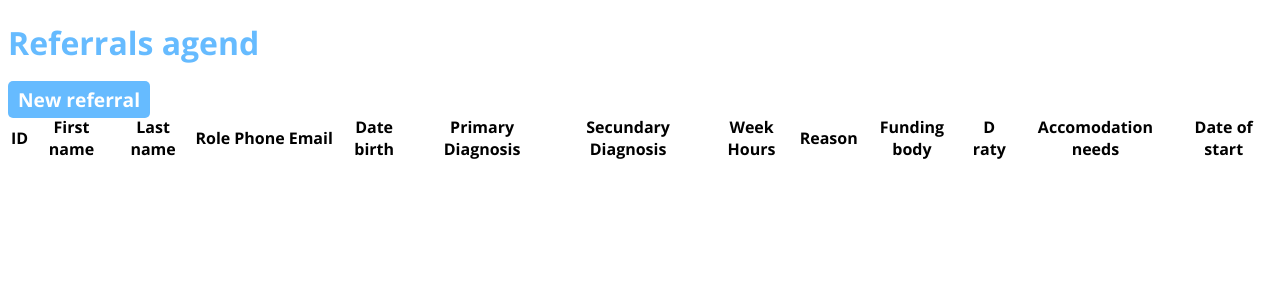
Repository: israelrodriguees/QAactivity
Page: http://localhost/referral/main
These files come from the project's save history. The page is drawn as it stood at one moment and after the next save; the edit follows.
The browser window is 1280 px wide. The pictures show the whole page.
The page is served by Tomcat 9. Other server files are loaded and not shown. Queries for data that is not in the repository find no rows.

Above is the page before, as saved 2021-08-17 16:32:37.

### referral/src/main/webapp/agenda.jsp
<%@ page language="java" contentType="text/html; charset=ISO-8859-1"
	pageEncoding="ISO-8859-1"%>
<%@ page import="model.JavaBeans"%>
<%@ page import="java.util.ArrayList"%>

<%
@SuppressWarnings("unchecked")
ArrayList<JavaBeans> list = (ArrayList<JavaBeans>)
request.getAttribute("referrals");

for (int i = 1; i < list.size(); i++) {
	out.println(list.get(i).getEnqnumber());
	out.println(list.get(i).getFirstname());
	out.println(list.get(i).getLastname());
	out.println(list.get(i).getWrole());
	out.println(list.get(i).getWphone());
	out.println(list.get(i).getWemail());
	out.println(list.get(i).getWhear());
	out.println(list.get(i).getWdatebirth());
	out.println(list.get(i).getWtodo());
	out.println(list.get(i).getWpdiagnosis());
	out.println(list.get(i).getWsdiagnosis());
	out.println(list.get(i).getWeekhours());
	out.println(list.get(i).getWreasonref());
	out.println(list.get(i).getWfunding());
	out.println(list.get(i).getWdraty());
	out.println(list.get(i).getWplocation());
	out.println(list.get(i).getWacomneeds());
	out.println(list.get(i).getWdatestart());
}
%>

<!DOCTYPE html>
<html>
<head>
<meta charset="ISO-8859-1">
<title>Referral list</title>
<link rel="icon" href="images/form.png">
<link rel="stylesheet" href="style.css">
</head>
<body>
	<h1>Referrals agend</h1>
	<a href="new_referral.jsp" class="button1">New referral</a>
	<table>
		<thead>
			<tr>
				<th>ID</th>
				<th>First name</th>
				<th>Last name</th>
				<th>Role</th>
				<th>Phone</th>
				<th>Email</th>
				<th>Date birth</th>
				<th>Primary Diagnosis</th>
				<th>Secundary Diagnosis</th>
				<th>Week Hours</th>
				<th>Reason</th>
				<th>Funding body</th>
				<th>D raty</th>
				<th>Accomodation needs</th>
				<th>Date of start</th>
			</tr>
		</thead>
		<tbody>
				<%
					for(int j = 0; j < list.size(); j++){ %>
						<tr>
							<td><%=list.get(j).getEnqnumber() %></td>
							<td><%=list.get(j).getFirstname() %></td>
							<td><%=list.get(j).getLastname() %></td>
							<td><%=list.get(j).getWrole() %></td>
							<td><%=list.get(j).getWphone() %></td>
							<td><%=list.get(j).getWemail() %></td>
							<td><%=list.get(j).getWdatebirth() %></td>
							<td><%=list.get(j).getWpdiagnosis() %></td>
							<td><%=list.get(j).getWsdiagnosis() %></td>
							<td><%=list.get(j).getWeekhours() %></td>
							<td><%=list.get(j).getWreasonref() %></td>
							<td><%=list.get(j).getWfunding() %></td>
							<td><%=list.get(j).getWdraty() %></td>
							<td><%=list.get(j).getWacomneeds() %></td>
							<td><%=list.get(j).getWdatestart() %></td>
						</tr>
					<% } %>

		</tbody>

	</table>
</body>
</html>

### referral/src/main/java/controller/Controller.java
package controller;

import java.io.IOException;
import java.util.ArrayList;

import javax.servlet.RequestDispatcher;
import javax.servlet.ServletException;
import javax.servlet.annotation.WebServlet;
import javax.servlet.http.HttpServlet;
import javax.servlet.http.HttpServletRequest;
import javax.servlet.http.HttpServletResponse;
import model.DAO;
import model.JavaBeans;

/**
 * Servlet implementation class Controller
 */
@WebServlet(urlPatterns = { "/Controller", "/main", "/insert" })
public class Controller extends HttpServlet {
	private static final long serialVersionUID = 1L;
	DAO dao = new DAO();
	JavaBeans referral = new JavaBeans();

	public Controller() {
		super();

	}

	protected void doGet(HttpServletRequest request, HttpServletResponse response)
			throws ServletException, IOException {
		String action = request.getServletPath();
		System.out.println("This is the action: " + action);
		// If we receive the "main", we redirect to this method
		if (action.equals("/main")) {
			referrals(request, response);
		}else if(action.equals("/insert")) {
			newReferral(request, response);
		}else {
			response.sendRedirect("index.html");
		}
	}

	// List of referrals
	protected void referrals(HttpServletRequest request, HttpServletResponse response)
			throws ServletException, IOException {
		// Creating an object to receive the JavaBeans data
		ArrayList<JavaBeans> list = dao.listReferrals();

		// Forward list to the document "agenda.jsp"
		request.setAttribute("referrals", list);

		// To dispatch the list to another document we use the RequestDispatcher
		RequestDispatcher rd = request.getRequestDispatcher("agenda.jsp");

		rd.forward(request, response);

	}

	// New referral
	protected void newReferral(HttpServletRequest request, HttpServletResponse response)
			throws ServletException, IOException {

		// Set the variables JavaBeans
		referral.setFirstname(request.getParameter("txt_firstname"));
		referral.setLastname(request.getParameter("txt_lastname"));
		referral.setWrole(request.getParameter("txt_role"));
		referral.setWphone(request.getParameter("txt_phone"));
		referral.setWemail(request.getParameter("txt_email"));
		referral.setWrefnumber(request.getParameter("txt_refnumber"));
		referral.setWhear(request.getParameter("txt_hear"));
		referral.setWdatebirth(request.getParameter("txt_dbirth"));
		referral.setWtodo(request.getParameter("txt_todo"));
		referral.setWpdiagnosis(request.getParameter("txt_pdiagnosis"));
		referral.setWsdiagnosis(request.getParameter("txt_sdiagnosis"));
		referral.setWeekhours(request.getParameter("float_hours"));
		referral.setWreasonref(request.getParameter("txt_reasonref"));
		referral.setWfunding(request.getParameter("txt_fundingbody"));
		referral.setWdraty(request.getParameter("txt_draty"));
		referral.setWplocation(request.getParameter("txt_preflocation"));
		referral.setWacomneeds(request.getParameter("txt_acomneeds"));
		referral.setWdatestart(request.getParameter("txt_dstart"));

		System.out.println("\n Saved in the object: " + referral.getFirstname());
		// Ivoque method "insertReferral" using the object referral as a parameter
		dao.insertReferral(referral);

		// Redirect to the document agenda.jsp to list our contacts
		response.sendRedirect("main");
	}
}

### referral/src/main/webapp/style.css
@charset "ISO-8859-1";

@import
	url('https://fonts.googleapis.com/css2?family=Open+Sans:wght@400;700&display=swap')
	;

body {
	font-family: 'Open Sans', sans-serif;;
	font-size: 1em;
	font-weight: 400;
}

h1 {
	color: #66bbff;
}

.button1 {
	text-decoration: none;
	background-color: #66bbff;
	padding: 5px 10px 5px 10px;
	color: #fff;
	font-size: 1.2em;
	font-weight: 700;
	border-radius: 5px;
	border: 0;
	cursor: pointer;
}

.Box1 {
	width: 800px;
	padding: 15px;
	maring-bottom: 10px;
	border: 1px solid #66bbff;
	border-radius: 5px;
}

.Box2 {
	width: 800px;
	height: 200px;
	padding: 15px;
	maring-bottom: 10px;
	border: 1px solid #66bbff;
	border-radius: 5px;
}

#table {
	margin-top: 30px;
}

#table th{
	border: 1px solid #ddd;
	padding: 10px;
	text-align: left;
	background-color: #66bbff;
	color: #fff;
}

select{
	-webkit-appearance: none;
	-moz-appearance: none;
	appearance: none;
}

After the next save:
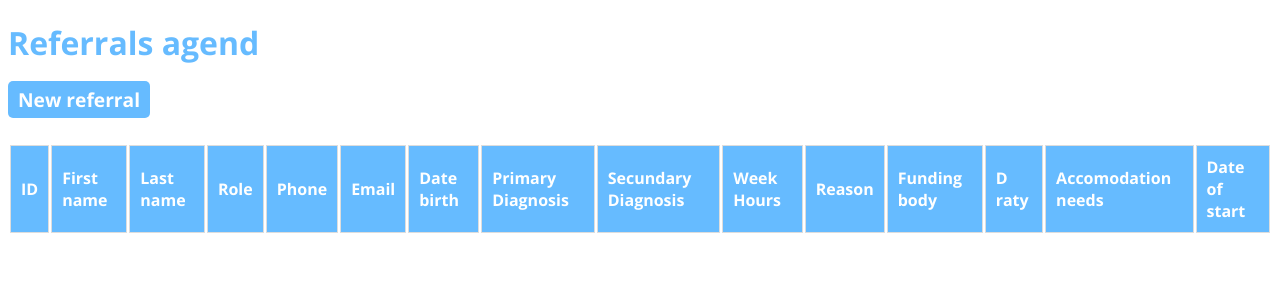
Saved 56 s later.
--- a/referral/src/main/webapp/agenda.jsp
+++ b/referral/src/main/webapp/agenda.jsp
@@ -41,7 +41,7 @@
 <body>
 	<h1>Referrals agend</h1>
 	<a href="new_referral.jsp" class="button1">New referral</a>
-	<table>
+	<table id="table">
 		<thead>
 			<tr>
 				<th>ID</th>
